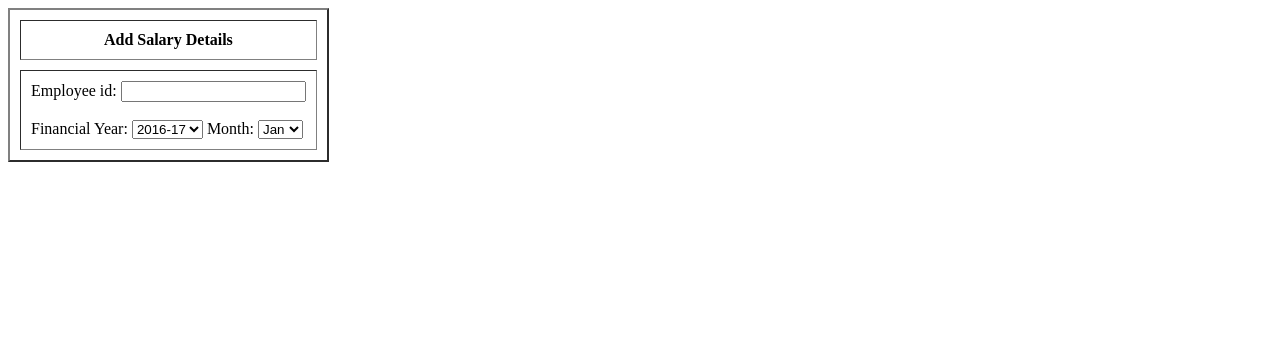
Repository: omgitsrish/MyProject
Page: http://localhost/Employee/
The author's editor kept a copy of each file at every save. The page is drawn from the files as they stood at one save, then again after the next save.
The browser window is 1280 px wide. The pictures show the whole page.
The page is served by Tomcat 9.

Above is the page before, as saved 2018-07-31 19:38:15.

After the next save:
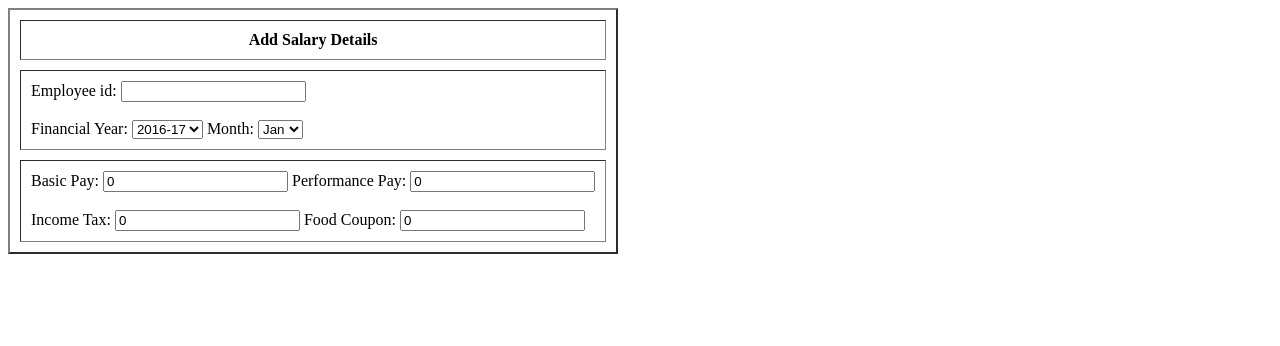
Saved 2 min 47 s later.
--- a/Test/Employee/WebContent/index.jsp
+++ b/Test/Employee/WebContent/index.jsp
@@ -8,26 +8,33 @@
 </head>
 <body>
 
-<form action="Controller" method="get">
-	<table border="2" cellspacing="10" cellpadding="10">
-		<th>Add Salary Details</th>
-		<tr>
-			<td> Employee id: <input type="number" name="empid" /> <br><br>
-				Financial Year:
-				<select name="fyear" >
-					<option>2016-17</option>
-					<option>2017-18</option>
-					<option>2018-19</option>
+	<form action="Controller" method="get">
+		<table border="2" cellspacing="10" cellpadding="10">
+			<th>Add Salary Details</th>
+			<tr>
+				<td>Employee id: <input type="number" name="empid" /> <br>
+				<br> Financial Year: <select name="fyear">
+						<option>2016-17</option>
+						<option>2017-18</option>
+						<option>2018-19</option>
+				</select> Month: <select name="fyear">
+						<option>Jan</option>
+						<option>Feb</option>
+						<option>Mar</option>
 				</select>
-				Month:
-				<select name="fyear" >
-					<option>Jan</option>
-					<option>Feb</option>
-					<option>Mar</option>
-				</select>
-		</tr>
-	</table>
-</form>
+			</tr>
+
+			<tr>
+				<td>Basic Pay: <input type="number" name="basic" value="0" />
+					Performance Pay: <input type="number" name="performance" value="0" />
+					<br>
+				<br> Income Tax: <input type="number" name="income" value="0" />
+					Food Coupon: <input type="number" name="food" value="0" />
+
+				</td>
+			</tr>
+		</table>
+	</form>
 
 </body>
 </html>

After the save that followed:
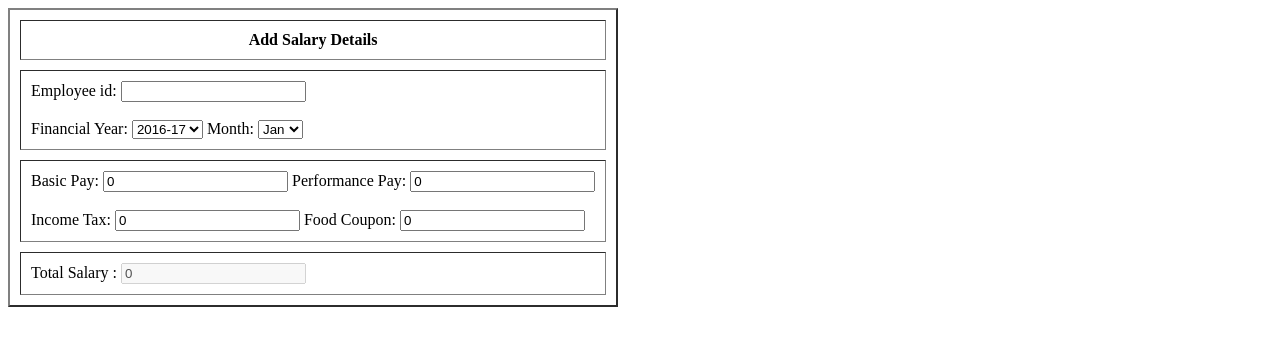
Saved 89 s later.
--- a/Test/Employee/WebContent/index.jsp
+++ b/Test/Employee/WebContent/index.jsp
@@ -33,6 +33,10 @@
 
 				</td>
 			</tr>
+			<tr>
+				<td>Total Salary : <input type="number" name="total" value="0" disabled="disabled" /></td>
+			</tr>
+
 		</table>
 	</form>
 
